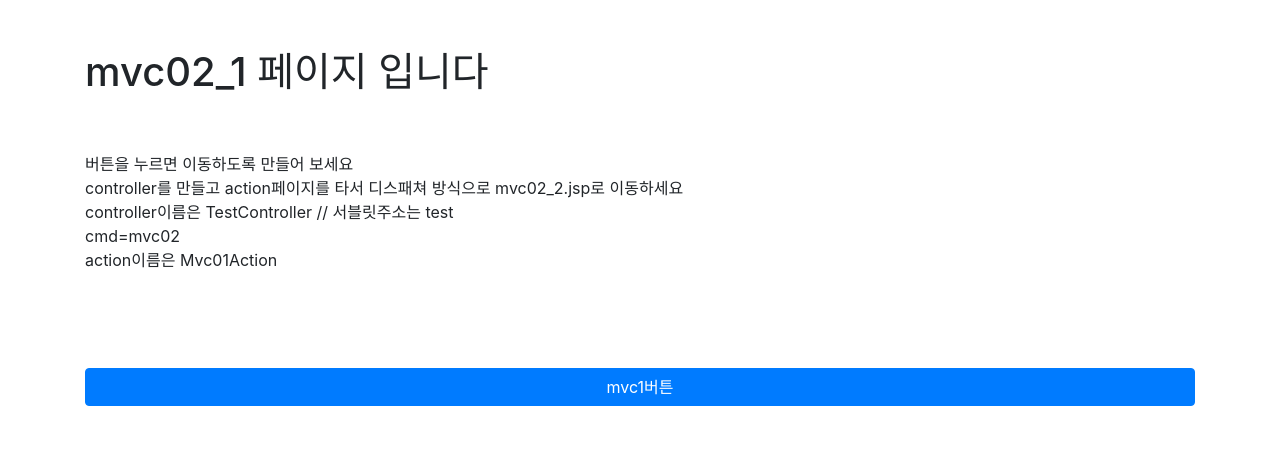
Repository: jaybon1/clone1
Page: http://localhost/sat0613/mvc06_1.jsp
An editor plug-in stored every save of this project. The page is shown before and after the next save, followed by the edit.
The browser window is 1280 px wide. The pictures show the whole page.
The page is served by Tomcat 9.

Above is the page before, as saved 2020-06-10 16:11:25.

After the next save:
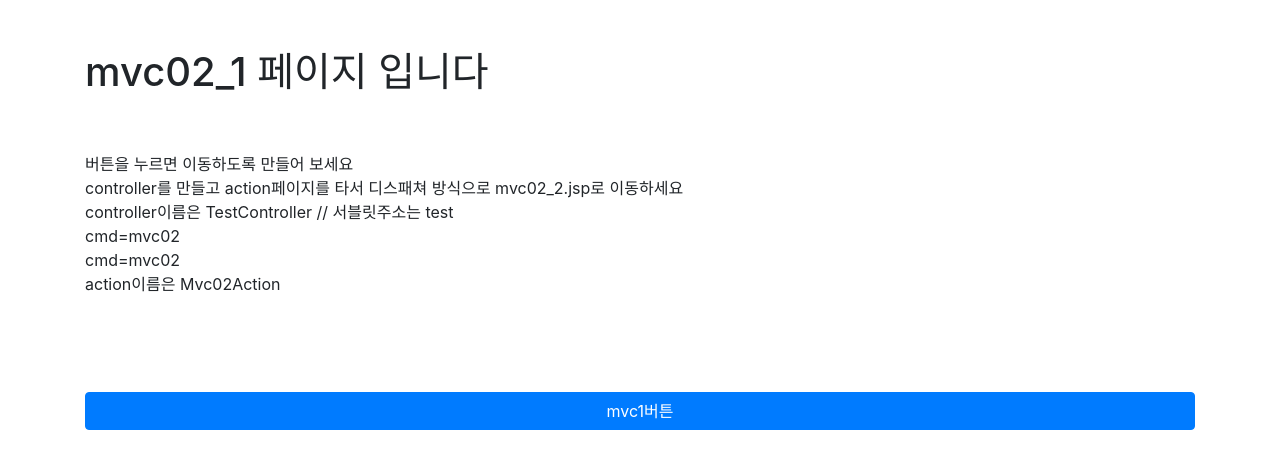
Saved 34 s later.
--- a/sat0613/WebContent/mvc06_1.jsp
+++ b/sat0613/WebContent/mvc06_1.jsp
@@ -20,7 +20,8 @@
 		<div> controller를 만들고 action페이지를 타서 디스패쳐 방식으로 mvc02_2.jsp로 이동하세요</div>
 		<div> controller이름은 TestController // 서블릿주소는 test</div>
 		<div> cmd=mvc02</div>
-		<div> action이름은 Mvc01Action</div>
+		<div> cmd=mvc02</div>
+		<div> action이름은 Mvc02Action</div>
 		<br/>
 		<br/>
 		<br/>
